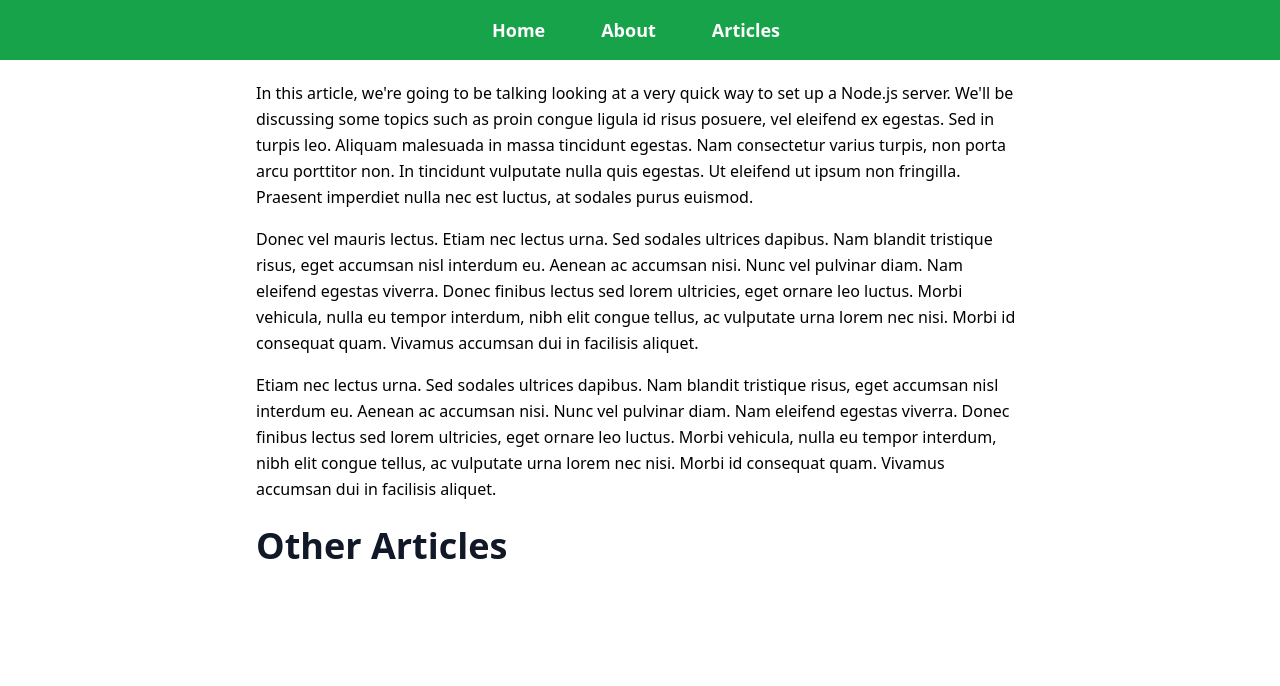
Repository: ymw0331/blog-mern-webapp
Page: /article/learn-node (app in client/)
These files come from the project's save history. The page is drawn as it stood at one moment and after a run of saves; the edit follows.
The browser window is 1280 px wide. The pictures show the whole page.
The project was rebuilt for these pictures with package versions that can differ from the ones it lists, and the page was loaded fresh each time. Also part of the build but not shown: client/src/pages/Home.js, client/src/pages/About.js, client/src/components/Articles.js, client/src/pages/ArticlesList.js.

Above is the page before, as saved 2022-12-10 21:45:57.

### client/src/App.js
import { BrowserRouter as Router, Route, Routes } from 'react-router-dom';
// Pages
import Home from './pages/Home';
import About from './pages/About';
import Article from './pages/Article';
import ArticlesList from './pages/ArticlesList';
import Navbar from './components/Navbar';

function App() {
  return (
    <Router>
      <Navbar />
      <div className='max-w-screen-md mx-auto pt-20'>
        <Routes>
          <Route path='/' element={<Home />} />
          <Route path='/about' element={<About />} />
          <Route path='/articles-list' element={<ArticlesList />} />
          <Route path='/article/:name' element={<Article />} />
        </Routes>
      </div>
    </Router>
  );
}

export default App;

### client/src/pages/Article.js
import React from 'react';
import { useParams } from 'react-router-dom';
import articleContent from './article-content';

const Article = () => {
  const { name } = useParams(); //name refered to App.js article route /:name
  const article = articleContent.find((article) => article.name === name);
  if (!article) return <h1>Article does not exist!</h1>;

  return (
    <>

      {article.content.map((paragraph, index) => (
        <p className='mx-auto leading-relaxed text-base mb-4' key={index}>
          {paragraph}
        </p>
      ))}

      <h1 className='sm:text-4xl text-2xl font-bold my-6 text-gray-900'>
        Other Articles
      </h1>

    </>
  );
};

export default Article;

### client/src/components/Navbar.js
import React from 'react';
import { Link } from 'react-router-dom';

const Navbar = () => {
  return (
    <nav className='border-b4 border-green-700 text-center fixed top-0 bg-green-600 font-bold w-full text-lg text-white'>
      <ul>
        <li className='inline-block py-4'>
          <Link to='/' className='pl-6 pr-8'>
            Home
          </Link>
        </li>
        <li className='inline-block py-4'>
          <Link to='/about' className='pl-6 pr-8'>
            About
          </Link>
        </li>
        <li className='inline-block py-4'>
          <Link to='/articles-list' className='pl-6 pr-8'>
            Articles
          </Link>
        </li>
      </ul>
    </nav>
  );
};

export default Navbar;

### client/src/pages/article-content.js
const articles = [
  {
    name: 'learn-react',
    title: 'The Fastest Way to Learn React',
    thumbnail: '/images/blog1.jpeg',
    content: [
      `Welcome! Today we're going to be talking about the fastest way to learn React. Lorem proin congue ligula id risus posuere, vel eleifend ex egestas. Sed in turpis leo. Aliquam malesuada in massa tincidunt egestas. Nam consectetur varius turpis, non porta arcu porttitor non. In tincidunt vulputate nulla quis egestas. Ut eleifend ut ipsum non fringilla. Praesent imperdiet nulla nec est luctus, at sodales purus euismod.`,
      `Donec vel mauris lectus. Etiam nec lectus urna. Sed sodales ultrices dapibus. Nam blandit tristique risus, eget accumsan nisl interdum eu. Aenean ac accumsan nisi. Nunc vel pulvinar diam. Nam eleifend egestas viverra. Donec finibus lectus sed lorem ultricies, eget ornare leo luctus. Morbi vehicula, nulla eu tempor interdum, nibh elit congue tellus, ac vulputate urna lorem nec nisi. Morbi id consequat quam. Vivamus accumsan dui in facilisis aliquet.`,
      `Etiam nec lectus urna. Sed sodales ultrices dapibus. Nam blandit tristique risus, eget accumsan nisl interdum eu. Aenean ac accumsan nisi. Nunc vel pulvinar diam. Nam eleifend egestas viverra. Donec finibus lectus sed lorem ultricies, eget ornare leo luctus. Morbi vehicula, nulla eu tempor interdum, nibh elit congue tellus, ac vulputate urna lorem nec nisi. Morbi id consequat quam. Vivamus accumsan dui in facilisis aliquet.`,
    ],
  },
  {
    name: 'learn-node',
    title: 'How to Build a Node Server in 10 Minutes',
    thumbnail: '/images/blog2.jpeg',
    content: [
      `In this article, we're going to be talking looking at a very quick way to set up a Node.js server. We'll be discussing some topics such as proin congue ligula id risus posuere, vel eleifend ex egestas. Sed in turpis leo. Aliquam malesuada in massa tincidunt egestas. Nam consectetur varius turpis, non porta arcu porttitor non. In tincidunt vulputate nulla quis egestas. Ut eleifend ut ipsum non fringilla. Praesent imperdiet nulla nec est luctus, at sodales purus euismod.`,
      `Donec vel mauris lectus. Etiam nec lectus urna. Sed sodales ultrices dapibus. Nam blandit tristique risus, eget accumsan nisl interdum eu. Aenean ac accumsan nisi. Nunc vel pulvinar diam. Nam eleifend egestas viverra. Donec finibus lectus sed lorem ultricies, eget ornare leo luctus. Morbi vehicula, nulla eu tempor interdum, nibh elit congue tellus, ac vulputate urna lorem nec nisi. Morbi id consequat quam. Vivamus accumsan dui in facilisis aliquet.`,
      `Etiam nec lectus urna. Sed sodales ultrices dapibus. Nam blandit tristique risus, eget accumsan nisl interdum eu. Aenean ac accumsan nisi. Nunc vel pulvinar diam. Nam eleifend egestas viverra. Donec finibus lectus sed lorem ultricies, eget ornare leo luctus. Morbi vehicula, nulla eu tempor interdum, nibh elit congue tellus, ac vulputate urna lorem nec nisi. Morbi id consequat quam. Vivamus accumsan dui in facilisis aliquet.`,
    ],
  },
  {
    name: 'my-thoughts-on-learning-react',
    title: 'My Thoughts on Learning ReactJS',
    thumbnail: '/images/blog3.jpeg',
    content: [
      `Today is the day I talk about something which scares most people: Learning ReactJS. In reality, I'm not sure why people have such a hard time with Learning ReactJS ligula id risus posuere, vel eleifend ex egestas. Sed in turpis leo. Aliquam malesuada in massa tincidunt egestas. Nam consectetur varius turpis, non porta arcu porttitor non. In tincidunt vulputate nulla quis egestas. Ut eleifend ut ipsum non fringilla. Praesent imperdiet nulla nec est luctus, at sodales purus euismod.`,
      `Donec vel mauris lectus. Etiam nec lectus urna. Sed sodales ultrices dapibus. Nam blandit tristique risus, eget accumsan nisl interdum eu. Aenean ac accumsan nisi. Nunc vel pulvinar diam. Nam eleifend egestas viverra. Donec finibus lectus sed lorem ultricies, eget ornare leo luctus. Morbi vehicula, nulla eu tempor interdum, nibh elit congue tellus, ac vulputate urna lorem nec nisi. Morbi id consequat quam. Vivamus accumsan dui in facilisis aliquet.`,
      `Etiam nec lectus urna. Sed sodales ultrices dapibus. Nam blandit tristique risus, eget accumsan nisl interdum eu. Aenean ac accumsan nisi. Nunc vel pulvinar diam. Nam eleifend egestas viverra. Donec finibus lectus sed lorem ultricies, eget ornare leo luctus. Morbi vehicula, nulla eu tempor interdum, nibh elit congue tellus, ac vulputate urna lorem nec nisi. Morbi id consequat quam. Vivamus accumsan dui in facilisis aliquet.`,
    ],
  },
];
export default articles;

Loaded but not shown: client/public/index.html (common file); client/src/index.js (common file); client/src/index.css (common file); client/src/reportWebVitals.js (common file); client/tailwind.config.js (common file)

After the next 2 saves:
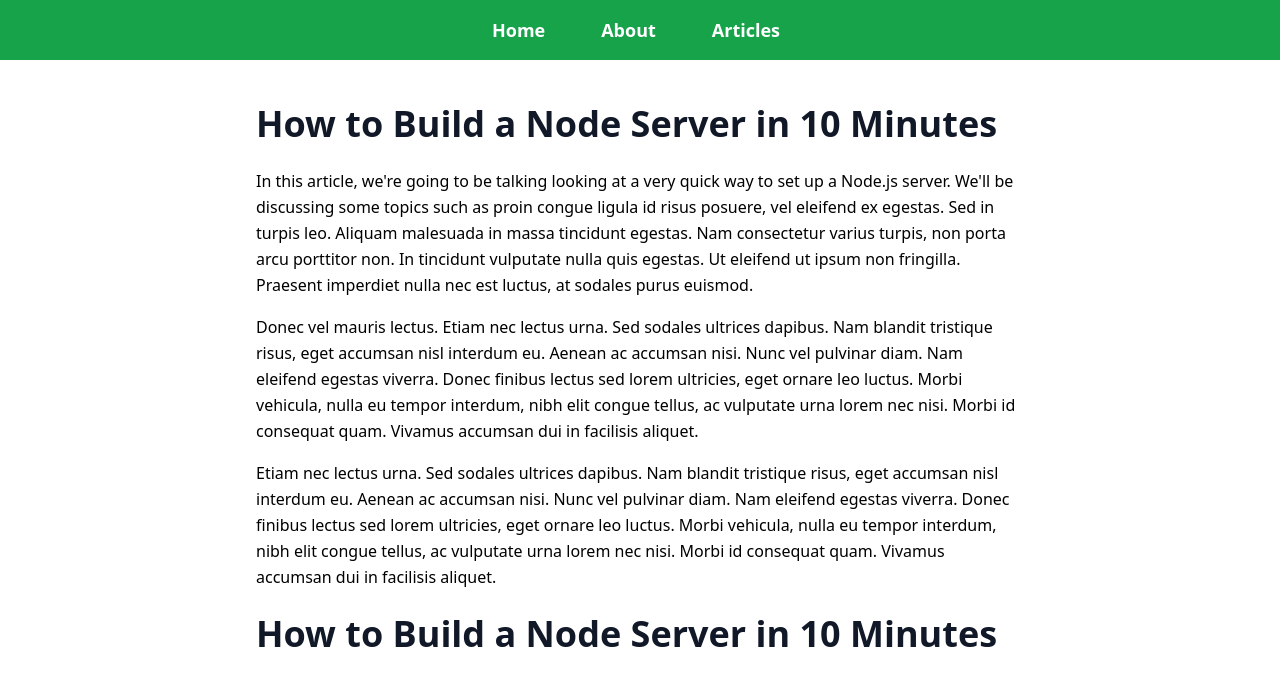
The 2 saves are shown as one change because they came seconds apart.
The last was saved 7 s later.
--- a/client/src/pages/Article.js
+++ b/client/src/pages/Article.js
@@ -9,6 +9,9 @@ const Article = () => {
 
   return (
     <>
+      <h1 className='sm:text-4xl text-2xl font-bold my-6 text-gray-900'>
+        {article.title}
+      </h1>
 
       {article.content.map((paragraph, index) => (
         <p className='mx-auto leading-relaxed text-base mb-4' key={index}>
@@ -17,8 +20,9 @@ const Article = () => {
       ))}
 
       <h1 className='sm:text-4xl text-2xl font-bold my-6 text-gray-900'>
-        Other Articles
+        {article.title}
       </h1>
+
 
     </>
   );
